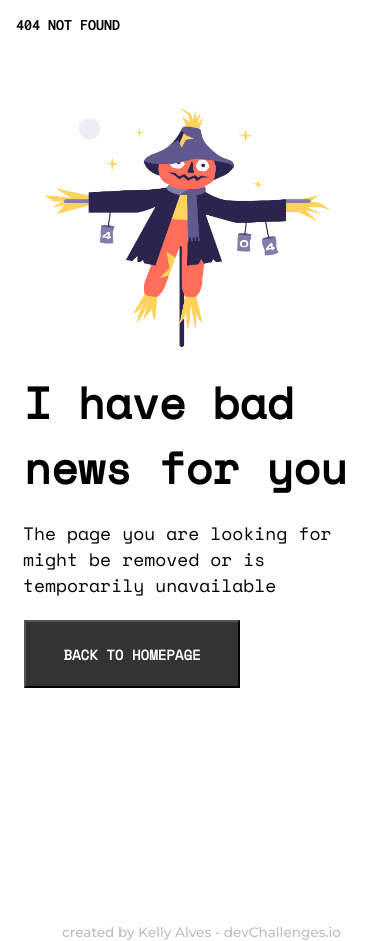
Repository: kellyalves87/404_not_found
Page: index.html
These files come from the project's save history. The page is drawn as it stood at one moment and after the next save; the edit follows.
The browser window is 375 px wide. The pictures show the whole page.

Above is the page before, as saved 2021-05-16 16:41:50.

### index.html
<!DOCTYPE html>
<html lang="en">

<head>
  <meta charset="utf-8" />
  <meta name="viewport" content="width=device-width, initial-scale=1,
  maximum-scale=5" />
  <link rel="icon" href="./assets/devchallenges.png" />
  <link rel="shortcut icon" type="image/x-icon" href="https://devchallenges.io/" />
  <link rel="preconnect" href="https://fonts.gstatic.com">
<link href="https://fonts.googleapis.com/css2?family=Inconsolata:wght@700&family=Montserrat:wght@500&family=Space+Mono:ital,wght@0,400;1,700&display=swap" rel="stylesheet">
  <link rel="stylesheet" href="./style/index.css">
  <link rel="stylesheet" href="./style/reset.css">
  <title>Devchallenges</title>
</head>

<header class="header">
  <h1>404 not found</h1>
</header>

<body>
  <section class="content">
    <img src="./assets/Scarecrow.png" alt="straw man">
    <h1>I have bad news for you</h1>
    <p>The page you are looking for might be removed or is temporarily unavailable</p>
  </section>
  <div class="button">
    <button type="button">back to homepage</button>
  </div>
    <footer class="footer">
      <a href="https://github.com/kellyalves87">created by Kelly Alves - <a href="https://devchallenges.io/">devChallenges.io</a>
    </footer>
</body>

</html>

### style/index.css
/*Desktop*/
.header h1 {
  font-family: Inconsolata, sans-serif;
  font-style: normal;
  font-weight: bold;
  text-transform: uppercase;
}

.content img {
  position: absolute;
  height: 447.4263916015625px;
  width: 539.2236938476562px;
  left: 77px;
  top: 150px;
  border-radius: 0px;
}

.header,
.content,
.button,
.footer {
  margin: 2rem;
}

.content h1,
p,
button {
  font-family: Space Mono, sans-serif;
}

.content h1,
button {
  font-weight: 700;
}

.content h1 {
  font-size: 4rem;
  font-weight: 700;
  width: 586px;
  height: 190px;
  left: 735px;
  top: 150px;
  position: absolute;
}

.content p {
  font-size: 1.5rem;
  font-weight: 400;
  position: absolute;
  width: 384px;
  height: 108px;
  left: 736px;
  top: 350px;
}

button {
  color: #ffffff;
  cursor: pointer;
  background-color: #333333;
  font-size: 14px;
  position: absolute;
  width: 216px;
  height: 68px;
  left: 740px;
  top: 480px;
  text-transform: uppercase;
}

.footer {
  font-size: 0.85rem;
  position: absolute;
  width: 287px;
  height: 17px;
  left: 577px;
  top: 663px;
}

.footer a {
  color: #bdbdbd;
  font-family: Montserrat, sans-serif;
  text-decoration: none;
}

/* Mobile first */
@media only screen and (max-width: 414px) {
  body {
    display: flex;
    flex-direction: column;
  }

  .header h1 {
    font-family: inconsolata, sans-serif;
    font-size: 1rem;
    text-transform: uppercase;
  }

  .content img {
    height: 238.00001525878906px;
    width: 286.829833984375px;
    left: 44px;
    top: 109px;
    border-radius: 0px;
  }

  .header,
  .content,
  .button,
  .footer {
    margin: 1rem;
  }

  .content h1,
  p,
  button {
    font-family: Space Mono, sans-serif;
  }

  .content h1,
  button {
    font-weight: 700;
  }

  .content h1 {
    font-size: 2.75rem;
    position: absolute;
    width: 350px;
    height: 142px;
    left: 24px;
    top: 370px;
  }

  .content p {
    font-size: 1.125rem;
    font-weight: 400;
    position: absolute;
    width: 328px;
    height: 81px;
    left: 23px;
    top: 520px;
  }

  button {
    color: #ffffff;
    cursor: pointer;
    background-color: #333333;
    font-size: 0.875rem;
    position: absolute;
    width: 216px;
    height: 68px;
    left: 24px;
    top: 620px;
    text-transform: uppercase;
  }

  .footer {
    font-size: 0.85rem;
    position: absolute;
    width: 287px;
    height: 17px;
    left: 46px;
    top: 908px;
  }
  .footer a {
    color: #bdbdbd;
    font-family: Montserrat, sans-serif;
    text-decoration: none;
  }
}

Loaded but not shown: style/reset.css (common file)

After the next save:
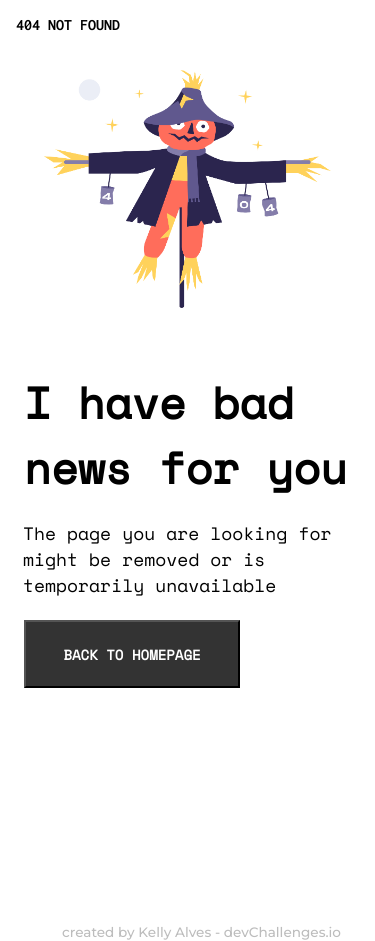
Saved 2 min 33 s later.
--- a/style/index.css
+++ b/style/index.css
@@ -98,7 +98,7 @@ button {
     height: 238.00001525878906px;
     width: 286.829833984375px;
     left: 44px;
-    top: 109px;
+    top: 70px;
     border-radius: 0px;
   }
 
